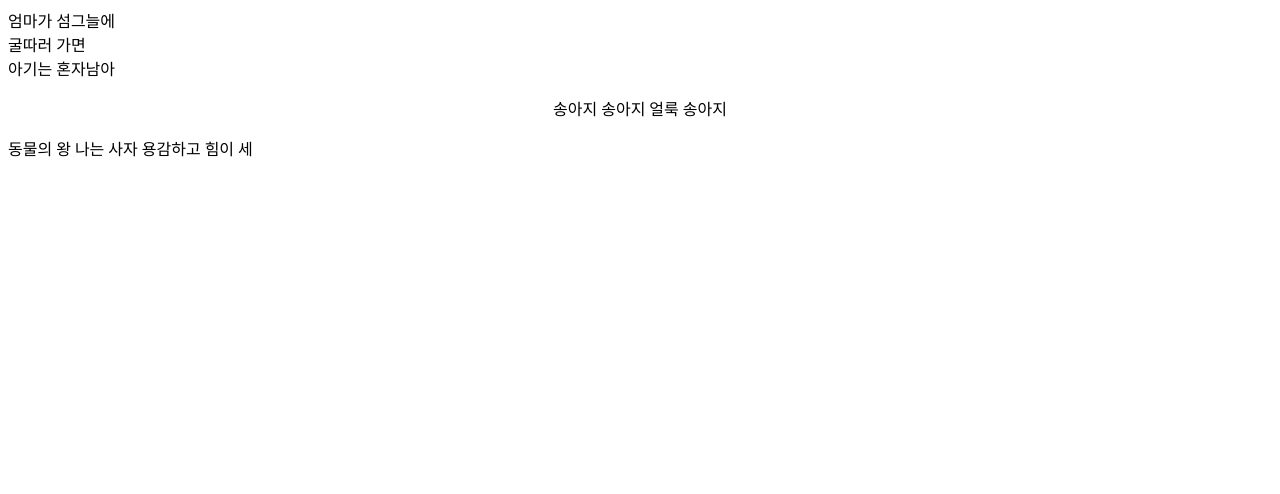
Repository: shouvoo/bitAcademy
Page: work/jsp/htmlProj/WebContent/basic/par.html
An editor plug-in stored every save of this project. The page is shown before and after the next save, followed by the edit.
The browser window is 1280 px wide. The pictures show the whole page.

Above is the page before, as saved 2017-09-25 06:53:19.

After the next save:
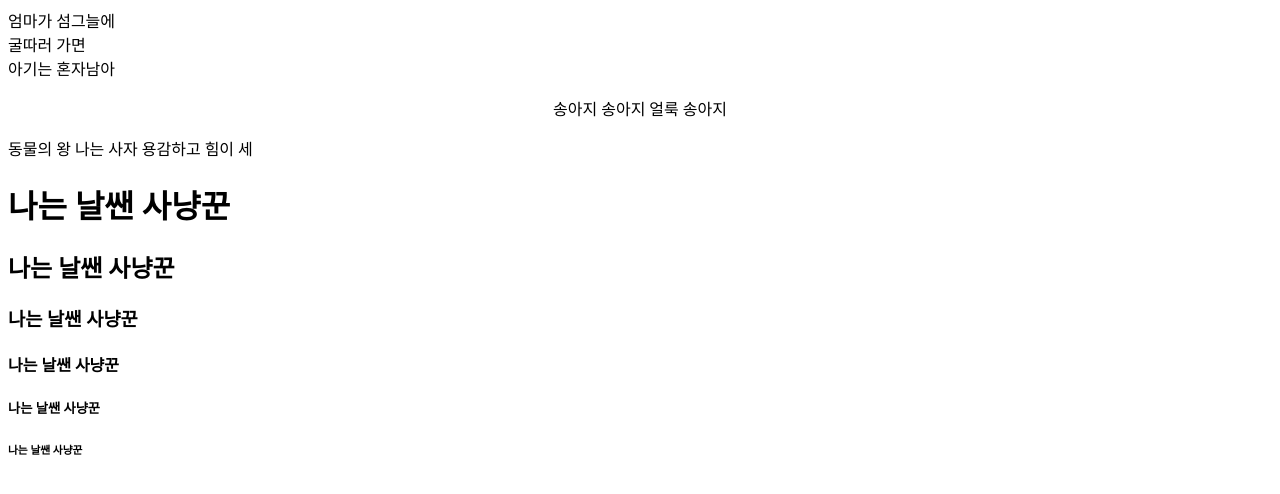
Saved 2 min 39 s later.
--- a/work/jsp/htmlProj/WebContent/basic/par.html
+++ b/work/jsp/htmlProj/WebContent/basic/par.html
@@ -11,5 +11,12 @@
 		아기는 혼자남아<br>
 		<p align="center">송아지 송아지 얼룩 송아지</p>
 		동물의 왕 나는 사자 용감하고 힘이 세
+		<h1>나는 날쌘 사냥꾼</h1>
+		<h2>나는 날쌘 사냥꾼</h2>
+		<h3>나는 날쌘 사냥꾼</h3>
+		<h4>나는 날쌘 사냥꾼</h4>
+		<h5>나는 날쌘 사냥꾼</h5>
+		<h6>나는 날쌘 사냥꾼</h6>
+
 	</body>
 </html>
